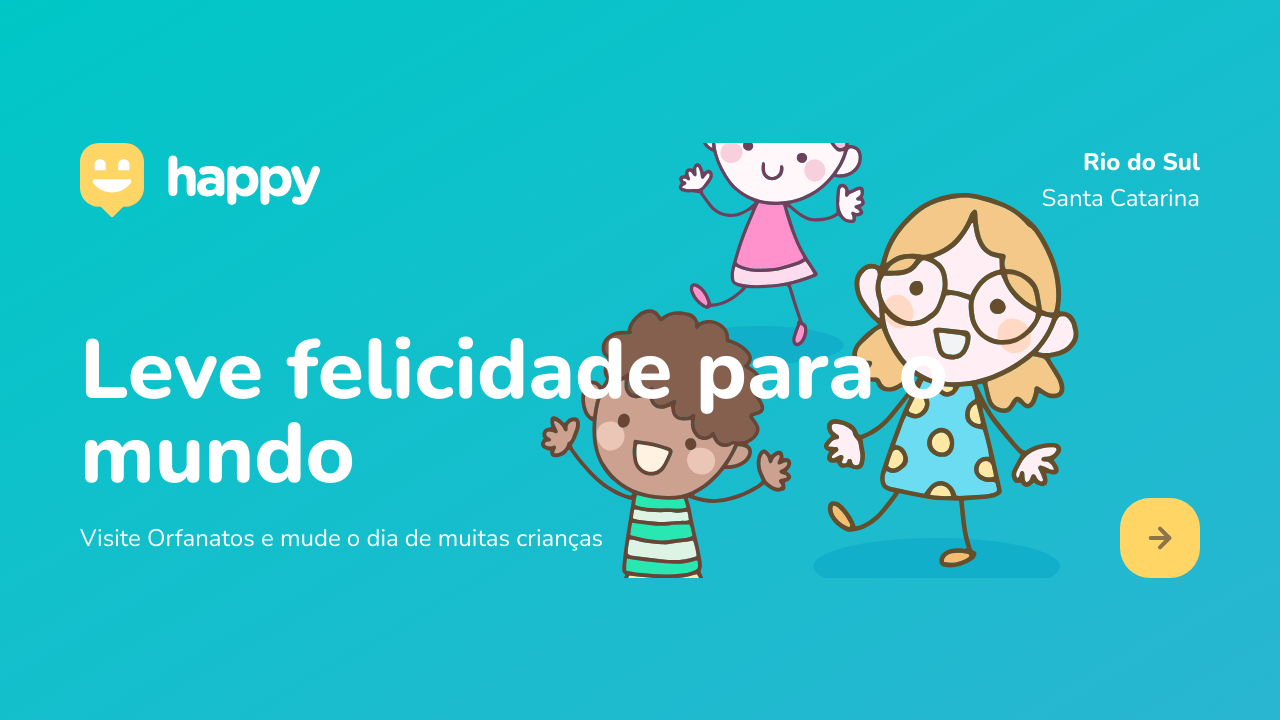
Repository: TeoNogueira/nlw3-rocketseatproject
Page: index.html
The author's editor kept a copy of each file at every save. The page is drawn from the files as they stood at one save, then again after the next save.
The browser window is 1280 px wide. The pictures show the whole page.

Above is the page before, as saved 2020-10-13 12:57:24.

### index.html
<!DOCTYPE html>
<html lang="en">
  <head>
    <meta charset="UTF-8" />
    <meta name="viewport" content="width=device-width, initial-scale=1.0" />
    <title>NLW</title>
    <link rel="icon" href="/images/logo-icon.png" />
    <link rel="stylesheet" href="/css/main.css">
    <link rel="stylesheet" href="/css/animations.css">
    <link rel="stylesheet" href="/css/page-landing.css">
    <link href="https://fonts.googleapis.com/css2?family=Nunito:wght@400;600;800&display=swap" rel="stylesheet">

  </head>
  <body id="body">
    <div id="page-landing"> <!-- LANDING PAGE -->


    <div id="container"> <!-- container -->

        <header>
            <img class="animate-up"
            src="/images/logo.svg"
             alt="logomarca de happy orfanato"/> <!--LOGOMARCA-->

            <div class="location animate-up"> <!-- DIV LOCATION -->

                <strong>Rio do Sul</strong>

                <p>Santa Catarina</p>

            </div><!-- DIV LOCATION FIM -->

        </header>

          <main>

      <h1 class="animate-up">Leve felicidade para o mundo</h1>

      <section class="visit">

        <p class="animate-up"> Visite Orfanatos e mude o dia de muitas crianças</p>

        <a class="animate-up" href="#" title="Visite Orfanatos"> <!-- BOTÃO -->

            <img src="/images/arrow.svg" alt="Ir para o mapa"> <!-- BOTÃO IMAGEM -->

        </a>


         </section>
          </main>

        </div> <!-- CONTAINER FIM-->


    </div> <!-- LANDING PAGE FIM-->
  </body>
</html>

<!-- Hello World Hypertext >> são textos que contém links


    markup = marcações de tags
    -->

### public/css/main.css
* {
  margin: 0;
  padding: 0;
}

:root {
  font-size: 62.5%;
}
/* através do "ROOTEM" ou "rem" posso criar um root de tamanhos de pixels pre-configurados por mim mesmo*/

body {
  height: 100vh;
  color: white;
}

body,
button,
input,
textarea {
  /*
    font-size: 1.1em;
    font-family: 'Nunito', sans-serif;
    line-height: 1;
    font-weight: 400;*/
  font: 400 1.8rem/1 "Nunito", sans-serif;
}

### public/css/animations.css
/* Animações  ----*/

@keyframes up {
  from {
    opacity: 0;
    transform: translateY(16px);
  }

  to {
    opacity: 1;
    transform: translateX(0);
  }
}

.animate-up {
  animation-name: up;
  animation-duration: 300ms;
  animation-fill-mode: backwards;
}

/* Animações FIM ----*/

### public/css/page-landing.css
#page-landing {
  background: linear-gradient(329.54deg, #29b6d1 0%, #00c7c7 100%);
  min-height: 100vh;
  text-align: center;
  display: flex;
  align-items: center;
}

.location,
h1,
visit p {
  height: 16vh;
}

/*----------alterando os lados do >>-------------------Container----*/

#container {
  margin: auto;
  width: min(90%, 112rem);


}

/*---------------BOTÃOOO-------------------*/
.visit a {
  width: 8rem;
  height: 8rem;
  background: #ffd666;
  border: none;
  border-radius: 3rem;
  display: flex;
  align-items: center; /* alinhando ao eixo y Vertical */
  justify-content: center; /* alinhando ao eixo X Horizontal */
  margin: 0 auto;
 /* margin-top: 8rem;*/
  transition: background 0.2s;
  animation-delay: 250ms;
}
/*-----------------x-x---------------x-x--------------*/

/* Tempo de aparição de cada Elemento */

#logo {
  animation-delay: 50ms;
}

.location {
  animation-delay: 100ms;
}

main h1 {
  animation-delay: 150ms;
  font-size: clamp(4rem, 8vw, 8.4rem);
}

.visit p {
  animation-delay: 200ms;
}


.visit a:hover {
  background: #96feff;
}





/* VERSION DESKTOP */

@media (min-width: 760px) {


 #container {

     /* shorthand background: image repeat position /  size */

     background: url("../images/bg.svg") no-repeat 80%;

     background-position:



 }



  header {
    display: flex;

    align-items: center;
    justify-content: space-between;
  }
  .location,
  h1,
  visit p {
    height: initial;
    text-align: initial;
  }
}

.location { text-align: right;
line-height: 1.5em;
font-size: 2.4rem;}


main h1 {
font-weight: bold;
width : min(300px, 80%)
line-height: .88;
margin: clamp(10%, 9vh, 12%) 0 1px;
}


.visit { display: flex;

align-items: center;
justify-content: space-between;



}


.visit p { line-height: 1.5;
  width: clamp(20rem, 20vw, );
font-size: 2.4rem;




}


.visit a { margin: initial;}

After the next save:
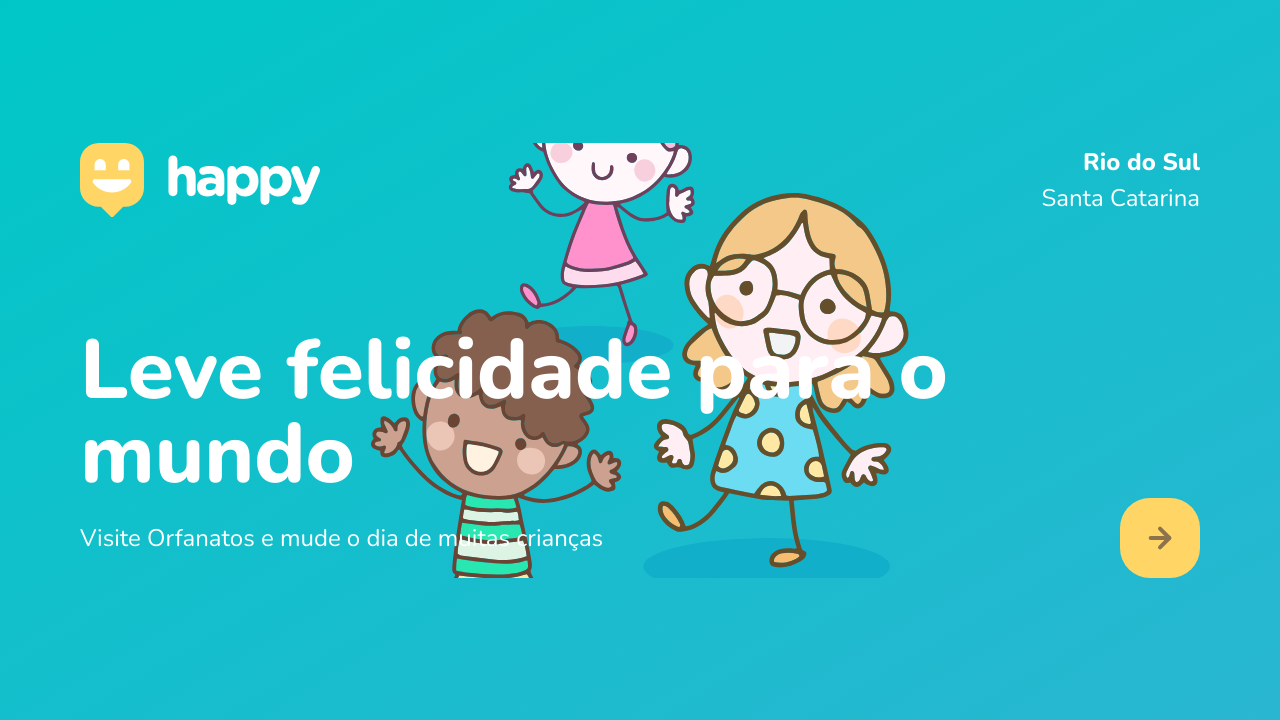
Saved 55 s later.
--- a/public/css/page-landing.css
+++ b/public/css/page-landing.css
@@ -77,7 +77,7 @@
 
      background: url("../images/bg.svg") no-repeat 80%;
 
-     background-position:
+     background-position: center;
 
 
 
